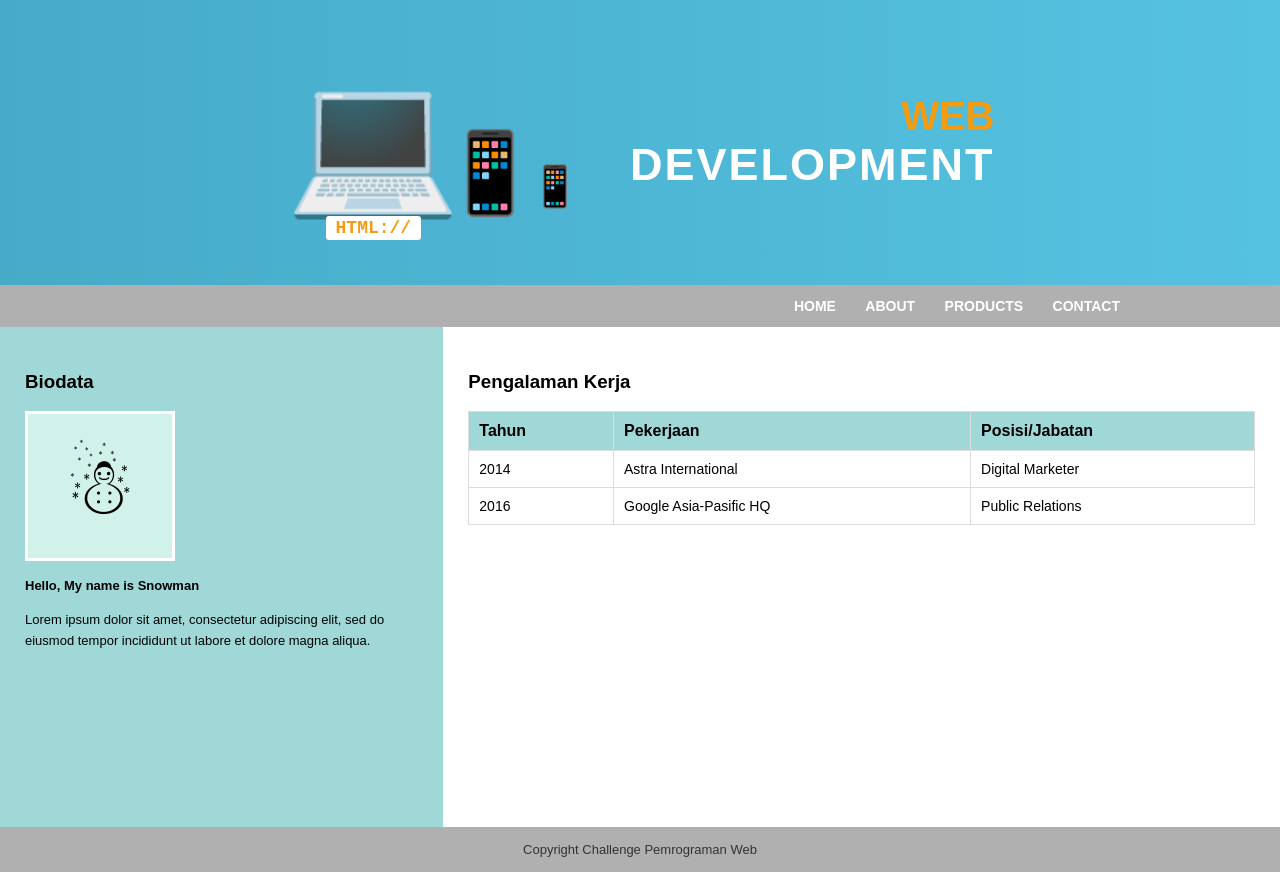
Repository: Nanda-IT/CSS-layout-Flexbox
Page: pratikum5.html
An editor plug-in stored every save of this project. The page is shown before and after the next save, followed by the edit.
The browser window is 1280 px wide. The pictures show the whole page.

Above is the page before, as saved 2026-04-27 12:18:23.

### pratikum5.html
<!DOCTYPE html>
<html lang="id">
<head>
    <meta charset="UTF-8">
    <meta name="viewport" content="width=device-width, initial-scale=1.0">
    <title>Halaman Web Pengembangan Web</title>
    <link rel="stylesheet" href="style.css">
</head>
<body>

    <header>
        <div class="banner-content">
            <div class="icon-group">
                <span class="monitor-icon">&#128187;</span> <span class="tablet-icon">&#128241;</span>  <span class="phone-icon">&#128241;</span>   <div class="html-label">HTML://</div>
            </div>
            <div class="header-text">
                <h1 class="text-orange">WEB</h1>
                <h2 class="text-white">DEVELOPMENT</h2>
            </div>
        </div>
    </header>

    <nav>
        <div class="nav-links">
            <a href="#">HOME</a>
            <a href="#">ABOUT</a>
            <a href="#">PRODUCTS</a>
            <a href="#">CONTACT</a>
        </div>
    </nav>

    <main class="container">
        <section class="sidebar">
            <h3>Biodata</h3>
            <div class="profile-box">
                <div class="snowman-img">&#9731;</div>
            </div>
            <div class="description">
                <p><strong>Hello, My name is Snowman</strong></p>
                <p>Lorem ipsum dolor sit amet, consectetur adipiscing elit, sed do eiusmod tempor incididunt ut labore et dolore magna aliqua.</p>
            </div>
        </section>

        <section class="content">
            <h3>Pengalaman Kerja</h3>
            <table>
                <thead>
                    <tr>
                        <th>Tahun</th>
                        <th>Pekerjaan</th>
                        <th>Posisi/Jabatan</th>
                    </tr>
                </thead>
                <tbody>
                    <tr>
                        <td>2014</td>
                        <td>Astra International</td>
                        <td>Digital Marketer</td>
                    </tr>
                    <tr>
                        <td>2016</td>
                        <td>Google Asia-Pasific HQ</td>
                        <td>Public Relations</td>
                    </tr>
                </tbody>
            </table>
        </section>
    </main>

    <footer>
        Copyright Challenge Pemrograman Web
    </footer>

</body>
</html>

### style.css
/* Reset Dasar */
* {
    box-sizing: border-box;
}

body {
    font-family: Arial, sans-serif;
    margin: 0;
    padding: 0;
    background-color: #f0f0f0;
}

/* Header & Banner */
header {
    background: linear-gradient(to right, #46abc9, #56c2e1);
    padding: 60px 20px;
    display: flex;
    justify-content: center;
}

.banner-content {
    display: flex;
    align-items: center;
    gap: 50px;
}

.icon-group {
    position: relative;
    display: flex;
    align-items: flex-end;
}

.monitor-icon { font-size: 140px; color: #333; }
.tablet-icon { font-size: 80px; margin-left: -20px; margin-bottom: 5px; color: #444; }
.phone-icon { font-size: 40px; margin-left: -10px; margin-bottom: 15px; color: #555; }

.html-label {
    position: absolute;
    bottom: -15px;
    left: 40px;
    background: white;
    color: #f39c12;
    padding: 2px 10px;
    font-weight: bold;
    border-radius: 3px;
    font-family: monospace;
    font-size: 18px;
}

.header-text {
    text-align: right;
}

.header-text h1 {
    margin: 0;
    font-size: 40px;
    color: #f39c12; /* Oranye */
}

.header-text h2 {
    margin: 0;
    font-size: 45px;
    letter-spacing: 2px;
    color: white;
}

/* Navigasi */
nav {
    background-color: #b0b0b0;
    padding: 12px 0;
}

.nav-links {
    max-width: 1000px;
    margin: 0 auto;
    text-align: right;
    padding-right: 20px;
}

nav a {
    text-decoration: none;
    color: white;
    font-weight: bold;
    margin-left: 25px;
    font-size: 14px;
}

/* Layout Konten */
.container {
    display: flex;
    max-width: 100%;
    margin: 0 auto;
    min-height: 500px;
    background-color: white;
}

.sidebar {
    flex: 1;
    background-color: #a0d8d8; /* Warna toska */
    padding: 25px;
}

.content {
    flex: 2;
    padding: 25px;
}

/* Biodata */
.profile-box {
    background-color: #d1f2eb;
    width: 150px;
    height: 150px;
    display: flex;
    justify-content: center;
    align-items: center;
    border: 3px solid white;
    margin-bottom: 15px;
}

.snowman-img {
    font-size: 80px;
}

.description {
    font-size: 13px;
    line-height: 1.6;
}

/* Tabel */
table {
    width: 100%;
    border-collapse: collapse;
}

th {
    background-color: #a0d8d8;
    text-align: left;
    padding: 10px;
    border: 1px solid #ddd;
}

td {
    padding: 10px;
    border: 1px solid #ddd;
    font-size: 14px;
}

/* Footer */
footer {
    background-color: #b0b0b0;
    text-align: center;
    padding: 15px;
    font-size: 13px;
    color: #333;
}

After the next save:
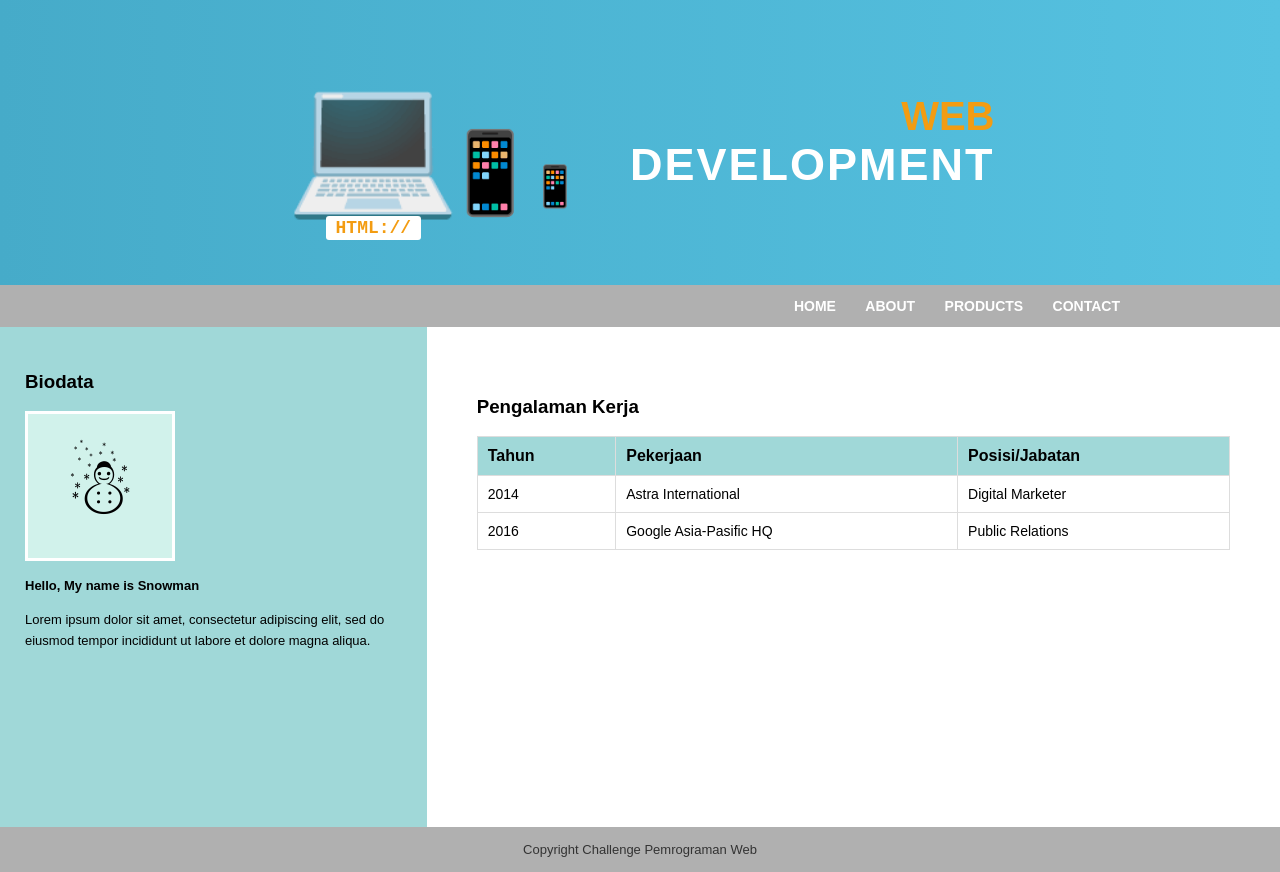
Saved 33 s later.
--- a/style.css
+++ b/style.css
@@ -102,7 +102,7 @@
 
 .content {
     flex: 2;
-    padding: 25px;
+    padding: 50px;
 }
 
 /* Biodata */
